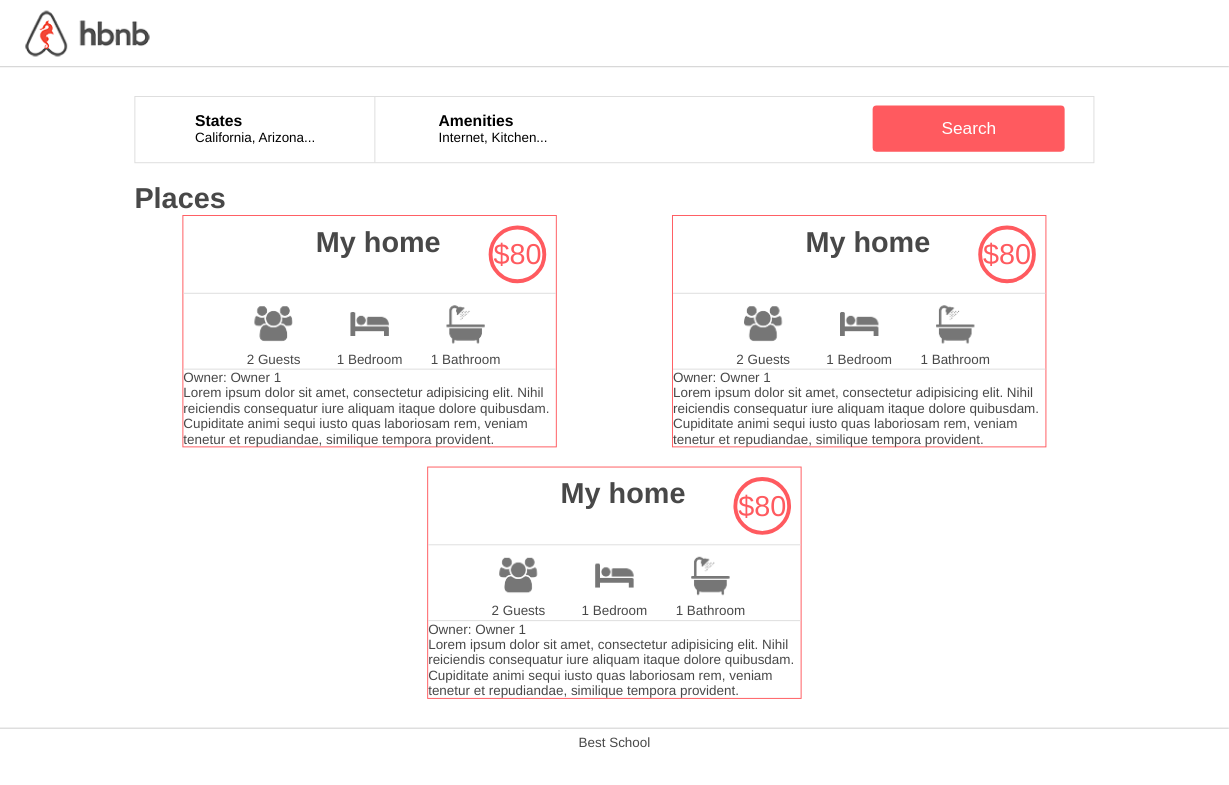
Repository: Eng-0marleves/AirBnB_clone
Page: web_static/8-index.html
An editor plug-in stored every save of this project. The page is shown before and after the next save, followed by the edit.
The browser window is 1280 px wide. The pictures show the whole page, at 96% of full size.

Above is the page before, as saved 2023-12-18 07:17:26.

### web_static/8-index.html
<!DOCTYPE html>
<html lang="en">

<head>
	<meta charset="UTF-8">
	<meta name="viewport" content="width=device-width, initial-scale=1.0">
	<title>AirBnB Clone</title>
	<link rel="icon" href="images/icon.png">

	<link rel="stylesheet" href="styles/4-common.css">
	<link rel="stylesheet" href="styles/3-header.css">
	<link rel="stylesheet" href="styles/3-footer.css">
	<link rel="stylesheet" href="styles/6-filters.css">
	<link rel="stylesheet" href="styles/8-places.css">
</head>

<body>
	<header>
		<div class="logo"></div>
	</header>

	<div class="container">
		<section class="filters">
			<div class="locations">
				<h3 class="title">States</h3>
				<h4 class="subtitle">California, Arizona...</h4>
				<div class="dropdowen">
					<h3>Arizona:</h3>
					<ul class="popover">
						<li>
							<h4>Page 1</h4>
							<h4>Page 2</h4>
						</li>
						<h3>Arizona:</h3>
						<li>
							<h4>San Francisco</h4>
							<h4>Los Altos</h4>
						</li>
					</ul>
				</div>
			</div>
			<div class="amenities">
				<h3 class="title">Amenities</h3>
				<h4 class="subtitle">Internet, Kitchen...</h4>
				<div class="dropdowen">
					<ul>
						<h3>Internet:</h3>
						<li>
							<h4>TV</h4>
						</li>
						<h3>Kitchen:</h3>
						<li>
							<h4>Iron</h4>
						</li>
					</ul>
				</div>
			</div>
			<button>Search</button>
		</section>
		<section class="places">
			<h1>Places</h1>
			<div class="places-container">
				<article>
					<div class="header">
						<h2>My home</h2>
						<div class="price_by_night">
							$80
						</div>
					</div>
					<div class="information">
						<div class="max_guest">
							<img src="images/icon_group.png" alt="">
							<p>2 Guests</p>
						</div>
						<div class="number_rooms">
							<img src="images/icon_bed.png" alt="">
							<p>1 Bedroom</p>
						</div>
						<div class="number_bathrooms">
							<img src="images/icon_bath.png" alt="">
							<p>1 Bathroom</p>
						</div>
					</div>
					<div class="user">
						Owner: Owner 1
					</div>
					<div class="description">
						Lorem ipsum dolor sit amet, consectetur adipisicing elit. Nihil reiciendis consequatur iure
						aliquam itaque dolore quibusdam. Cupiditate animi sequi iusto quas laboriosam rem, veniam
						tenetur et repudiandae, similique tempora provident.
					</div>
				</article>
				<article>
					<div class="header">
						<h2>My home</h2>
						<div class="price_by_night">
							$80
						</div>
					</div>
					<div class="information">
						<div class="max_guest">
							<img src="images/icon_group.png" alt="">
							<p>2 Guests</p>
						</div>
						<div class="number_rooms">
							<img src="images/icon_bed.png" alt="">
							<p>1 Bedroom</p>
						</div>
						<div class="number_bathrooms">
							<img src="images/icon_bath.png" alt="">
							<p>1 Bathroom</p>
						</div>
					</div>
					<div class="user">
						Owner: Owner 1
					</div>
					<div class="description">
						Lorem ipsum dolor sit amet, consectetur adipisicing elit. Nihil reiciendis consequatur iure
						aliquam itaque dolore quibusdam. Cupiditate animi sequi iusto quas laboriosam rem, veniam
						tenetur et repudiandae, similique tempora provident.
					</div>
				</article>
				<article>
					<div class="header">
						<h2>My home</h2>
						<div class="price_by_night">
							$80
						</div>
					</div>
					<div class="information">
						<div class="max_guest">
							<img src="images/icon_group.png" alt="">
							<p>2 Guests</p>
						</div>
						<div class="number_rooms">
							<img src="images/icon_bed.png" alt="">
							<p>1 Bedroom</p>
						</div>
						<div class="number_bathrooms">
							<img src="images/icon_bath.png" alt="">
							<p>1 Bathroom</p>
						</div>
					</div>
					<div class="user">
						Owner: Owner 1
					</div>
					<div class="description">
						Lorem ipsum dolor sit amet, consectetur adipisicing elit. Nihil reiciendis consequatur iure
						aliquam itaque dolore quibusdam. Cupiditate animi sequi iusto quas laboriosam rem, veniam
						tenetur et repudiandae, similique tempora provident.
					</div>
				</article>
			</div>
		</section>
	</div>

	<footer>
		<p>Best School</p>
	</footer>
</body>

</html>

### web_static/styles/4-common.css
* {
  margin: 0;
  padding: 0;
  box-sizing: border-box;
  list-style: none;
}
body {
  margin: 0;
  padding: 0;
  color: #484848;
  font-size: 14px;
  font-family: Circular, "Helvetica Neue", Helvetica, Arial, sans-serif;
}

### web_static/styles/3-header.css
header {
  color: white;
  height: 70px;
  width: 100%;
  border-bottom: 1px solid #cccccc;
}

.logo {
  height: 100%;
  background: url("../images/logo.png") no-repeat;
  background-position: left;
  margin-left: 20px;
}

### web_static/styles/3-footer.css
footer {
  background-color: white;
  height: 60px;
  width: 100%;
  border-top: 1px solid #cccccc;
  position: absolute;
  bottom: 0;
  left: 0;
}

footer p {
  text-align: center;
  padding: 6px;
}

### web_static/styles/6-filters.css
.container {
  max-width: 1000px;
  margin: 30px auto;
}

.filters {
  color: white;
  height: 70px;
  width: 100%;
  border: 1px solid #dddddd;
}

.container button {
  display: block;
  font-size: 18px;
  color: #ffffff;
  background: #ff5a5f;
  height: 48px;
  width: 20%;
  border-radius: 4px;
  border: none;
  margin-left: auto;
  margin-right: 30px;
  margin-top: calc((70px + 48px) / 2 * -1);
}

.container button:hover {
  opacity: 90%;
}

.filters div {
  width: 25%;
  height: 100%;
  display: inline-block;
  color: #000;
  text-align: left;
  vertical-align: top;
  position: relative;
}

.filters div:first-child {
  border-right: 1px solid #dddddd;
}

.filters div .title {
  font-weight: 600;
  text-align: left;
  margin-left: 25%;
  margin-top: calc((70px - 40px) / 2);
}

.filters div .subtitle {
  font-weight: 400;
  font-size: 14px;
  text-align: left;
  margin-left: 25%;
}

.filters div:hover .dropdowen {
  display: block;
}

.filters div .dropdowen {
  display: none;
  position: absolute;
  top: 100%;
  left: 0;
  width: 100%;
  height: fit-content;
  background-color: #fafafa;
  border: 1px solid #dddddd;
  border-radius: 4px;
  box-shadow: 0 2px 4px rgba(0, 0, 0, 0.1);
}

.filters div .dropdowen h3 {
  font-size: 16px;
  margin: 10px;
}

.filters div .dropdowen li {
  margin: 5px 20px;
}

.filters div .title {
  font-weight: 600;
  text-align: left;
}

.filters div .subtitle {
  font-weight: 400;
  font-size: 14px;
  text-align: left;
}

### web_static/styles/8-places.css
.places {
  margin-top: 20px;
}

.places h1 {
  font-size: 30px;
}

.places .places-container {
  display: flex;
  justify-content: space-around;
  align-items: center;
  flex-wrap: wrap;
  gap: 20px;
}

.places article {
  width: 390px;
  border: 1px solid #ff5a5f;
}

.places article .header {
  padding: 10px;
  display: flex;
  justify-content: flex-end;
}

.places article .header h2 {
  font-size: 30px;
  text-align: center;
  margin-right: 50px;
}

.places article .header .price_by_night {
  color: #ff5a5f;
  border: 4px solid #ff5a5f;
  min-width: 60px;
  height: 60px;
  font-size: 30px;
  display: flex;
  justify-content: center;
  align-items: center;
  border-radius: 50%;
}

.places article .information {
  /* width: 100%; */
  height: 80px;
  border-top: 1px solid #dddddd;
  border-bottom: 1px solid #dddddd;
  padding: 5px 20px 0 20px;
  display: flex;
  justify-content: center;
  align-items: center;
  flex-direction: row;
  flex-wrap: wrap;
  text-align: center;
}

.places article .information div {
  width: 100px;
}

.places article .user .places article .description {
  padding: 20px;
}

footer {
  position: relative;
}

After the next save:
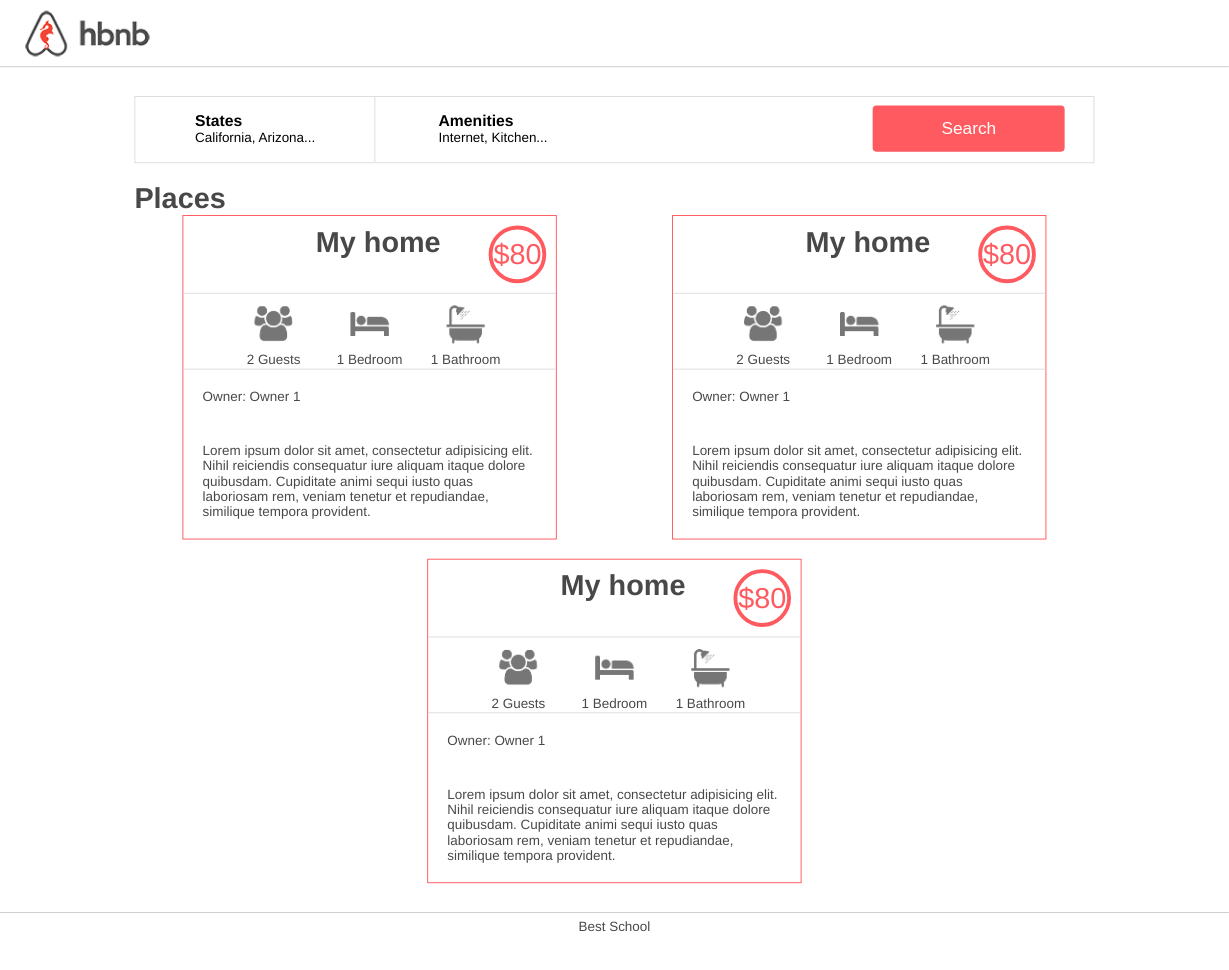
Saved 9 s later.
--- a/web_static/styles/8-places.css
+++ b/web_static/styles/8-places.css
@@ -61,7 +61,8 @@
   width: 100px;
 }
 
-.places article .user .places article .description {
+.places article .user,
+.places article .description {
   padding: 20px;
 }
 
